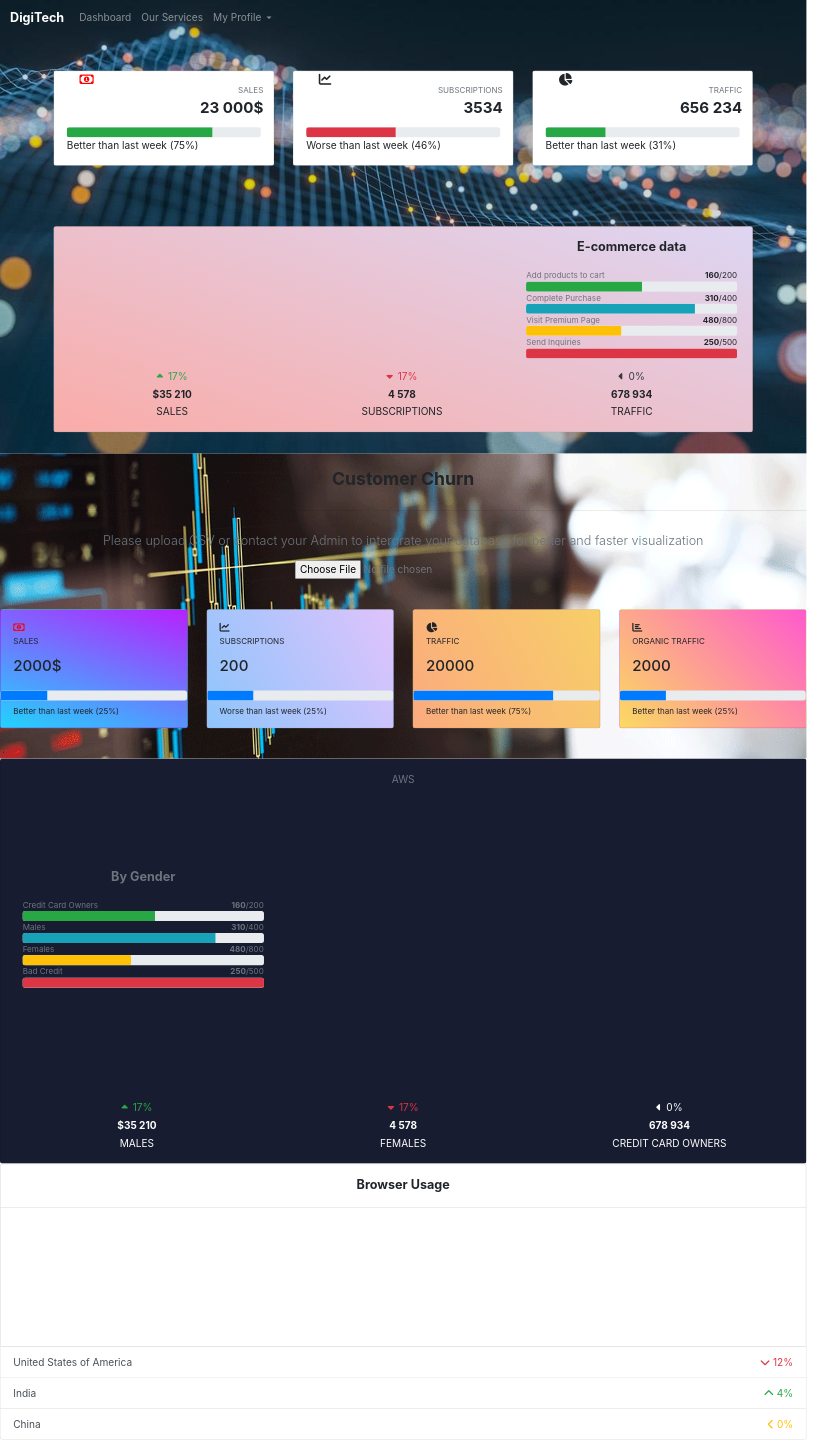
Repository: Tookliin/DigiTech
Page: /data
These files come from the project's save history. The page is drawn as it stood at one moment and after the next save; the edit follows.
The browser window is 1280 px wide. The page is 1295 px wide, so the pictures cover 1295 px, including what lies to the right of the window. The pictures show the whole page, at 63% of full size.
The project was rebuilt for these pictures with package versions that can differ from the ones it lists, and the page was loaded fresh each time. Also part of the build but not shown: src/components/Dashboard.vue, src/components/Profile.vue, src/components/Error.vue, src/components/Register.vue.

Above is the page before, as saved 2020-07-22 08:52:08.

After the next save:
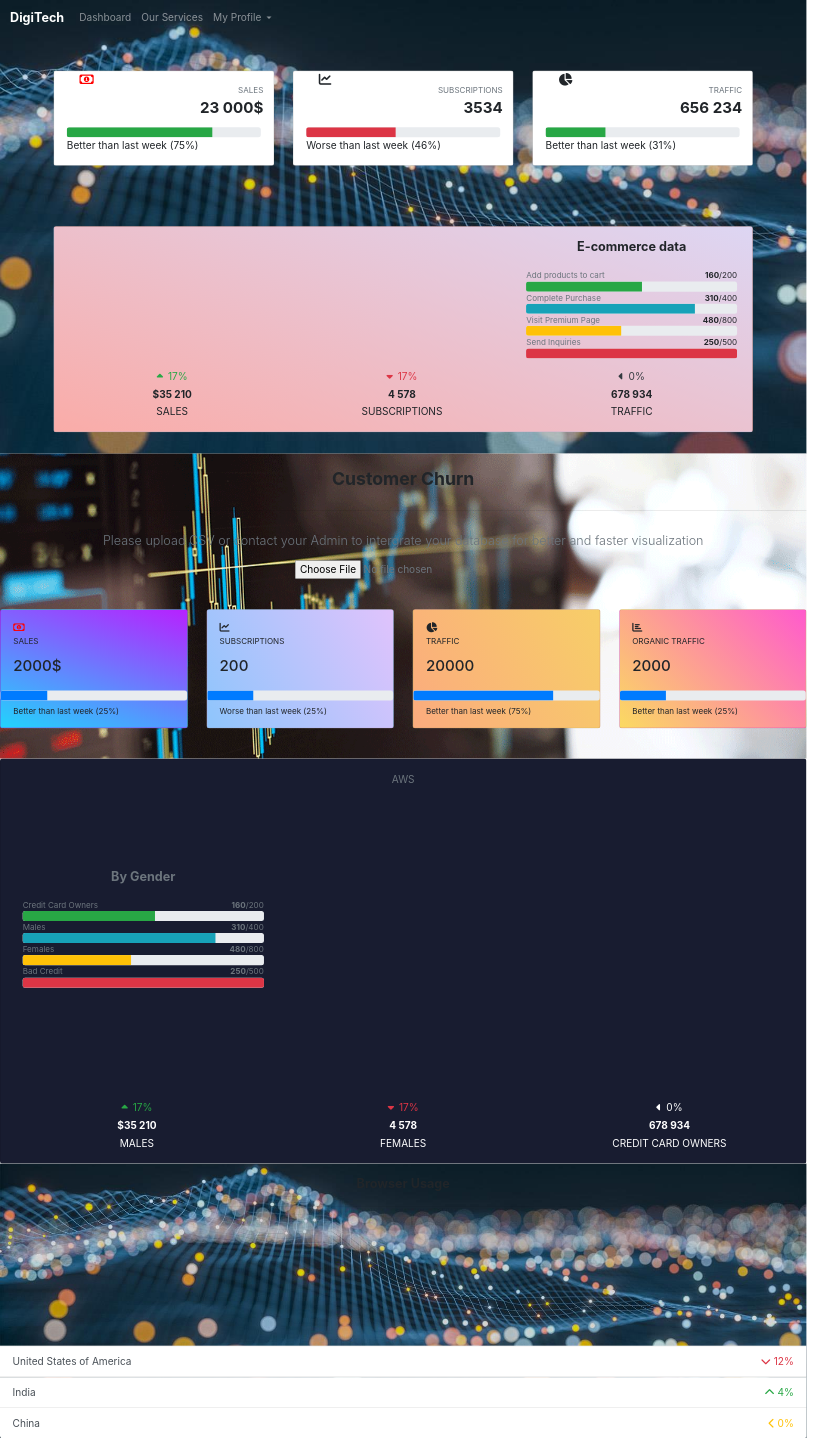
Saved 27 s later.
--- a/src/components/Organization.vue
+++ b/src/components/Organization.vue
@@ -309,7 +309,7 @@
   </section>
  <section>
 
-    <div class="card">
+    <div class="data">
       <div class="card-body px-0 pb-0">
 
         <h5 class="text-center font-weight-bold mb-4">Browser Usage</h5>
